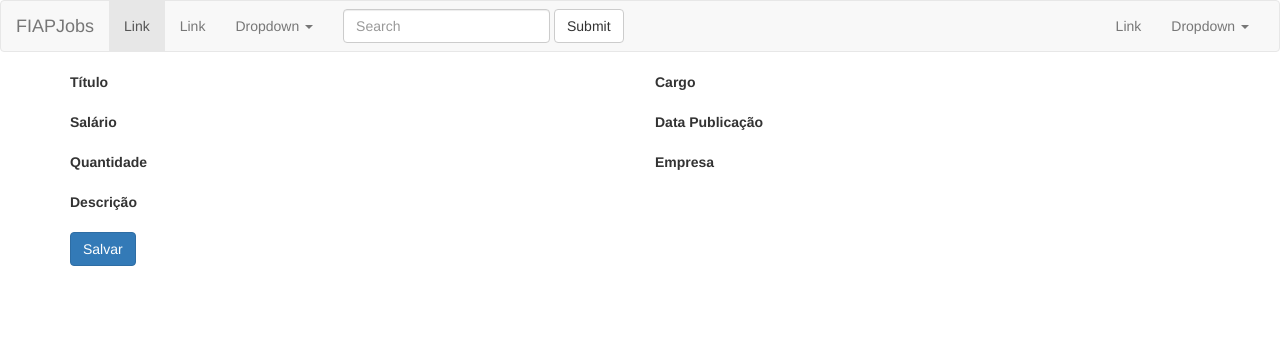
Repository: chrizera/1TDSF-Web
Page: http://localhost/FIAPJobs/cadastro-vaga.jsp
The author's editor kept a copy of each file at every save. The page is drawn from the files as they stood at one save, then again after the next save.
The browser window is 1280 px wide. The pictures show the whole page.
The page is served by Tomcat 9.

Above is the page before, as saved 2016-10-06 11:36:05.

After the next save:
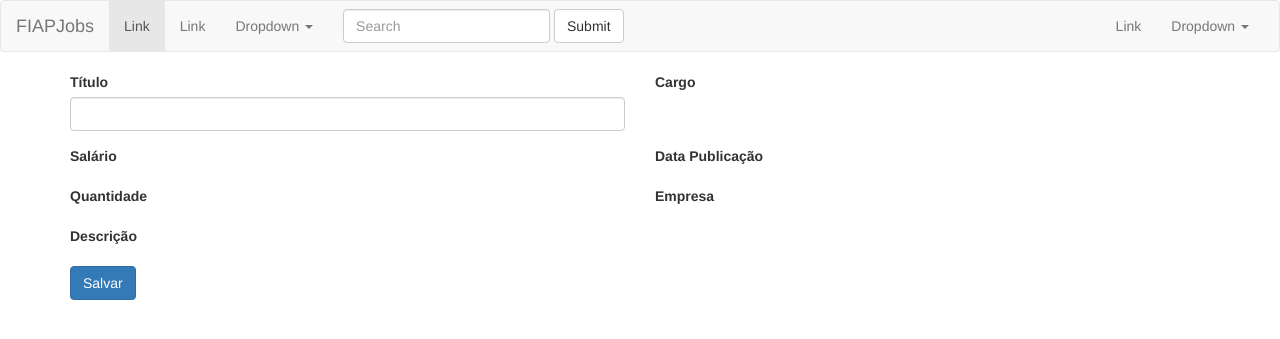
Saved 2 min 48 s later.
--- a/FIAPJobs/WebContent/cadastro-vaga.jsp
+++ b/FIAPJobs/WebContent/cadastro-vaga.jsp
@@ -14,7 +14,8 @@
 	<form>
 		<div class="row">
 			<div class="col-md-6 form-group">
-				<label>Título</label>
+				<label for="titulo">Título</label>
+				<input id="titulo" type="text" name="titulo" class="form-control">
 			</div>
 			<div class="col-md-6 form-group">
 				<label>Cargo</label>
